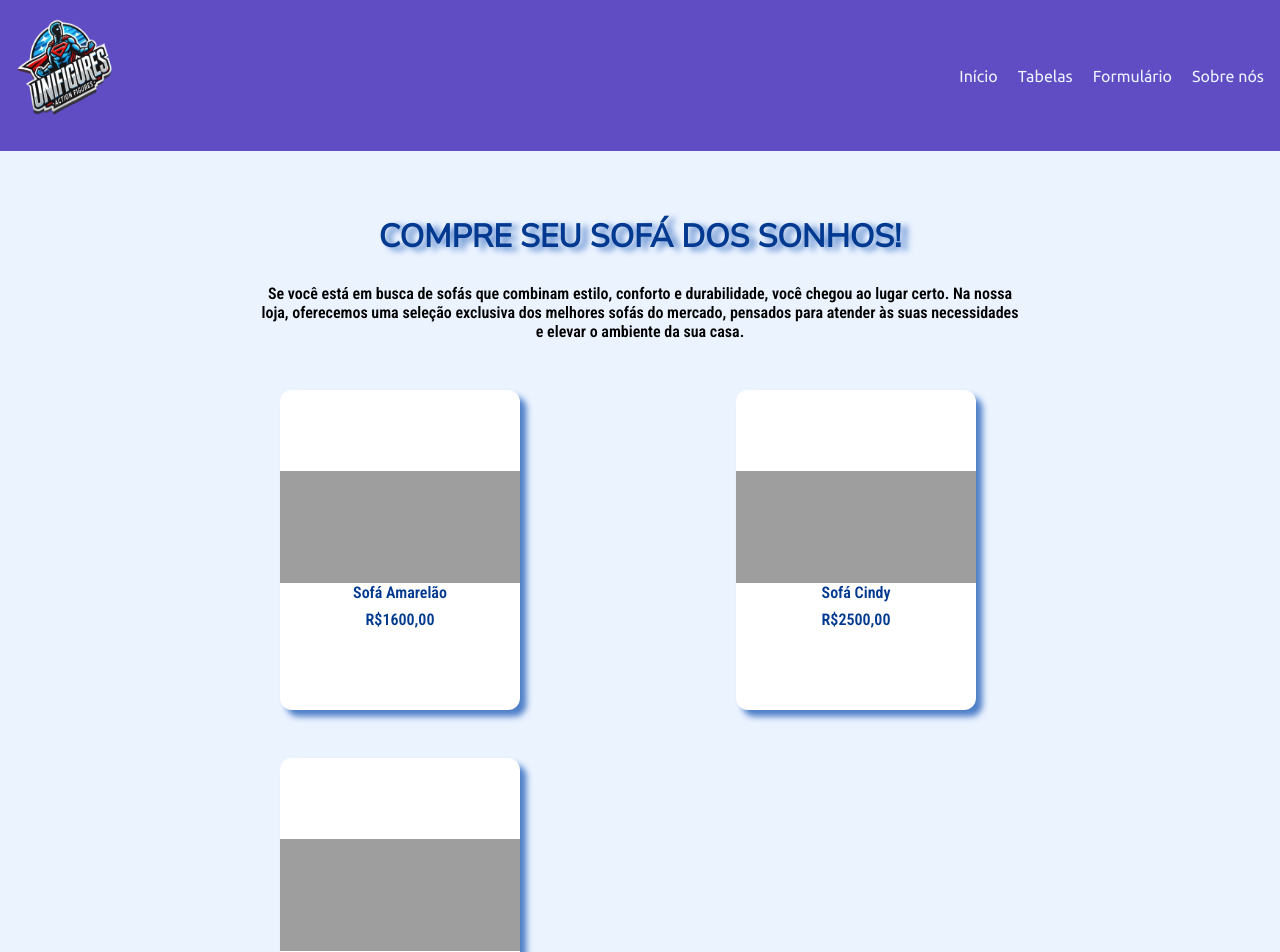
Repository: rafaelhaltarribaFacul/projeto-site
Page: home.html
The author's editor kept a copy of each file at every save. The page is drawn from the files as they stood at one save, then again after the next save.
The browser window is 1280 px wide. The pictures show the part of the page from y = 0 to 952 px (the page is 1819 px tall).
Pictures or frames that could not be fetched are drawn as grey boxes. A picture or video elsewhere on the page could not be fetched, so the positions and the page height are approximate. Some web fonts or font styles are not loaded; a fallback is used.

Above is the page before, as saved 2024-09-19 20:17:52.

After the next save:
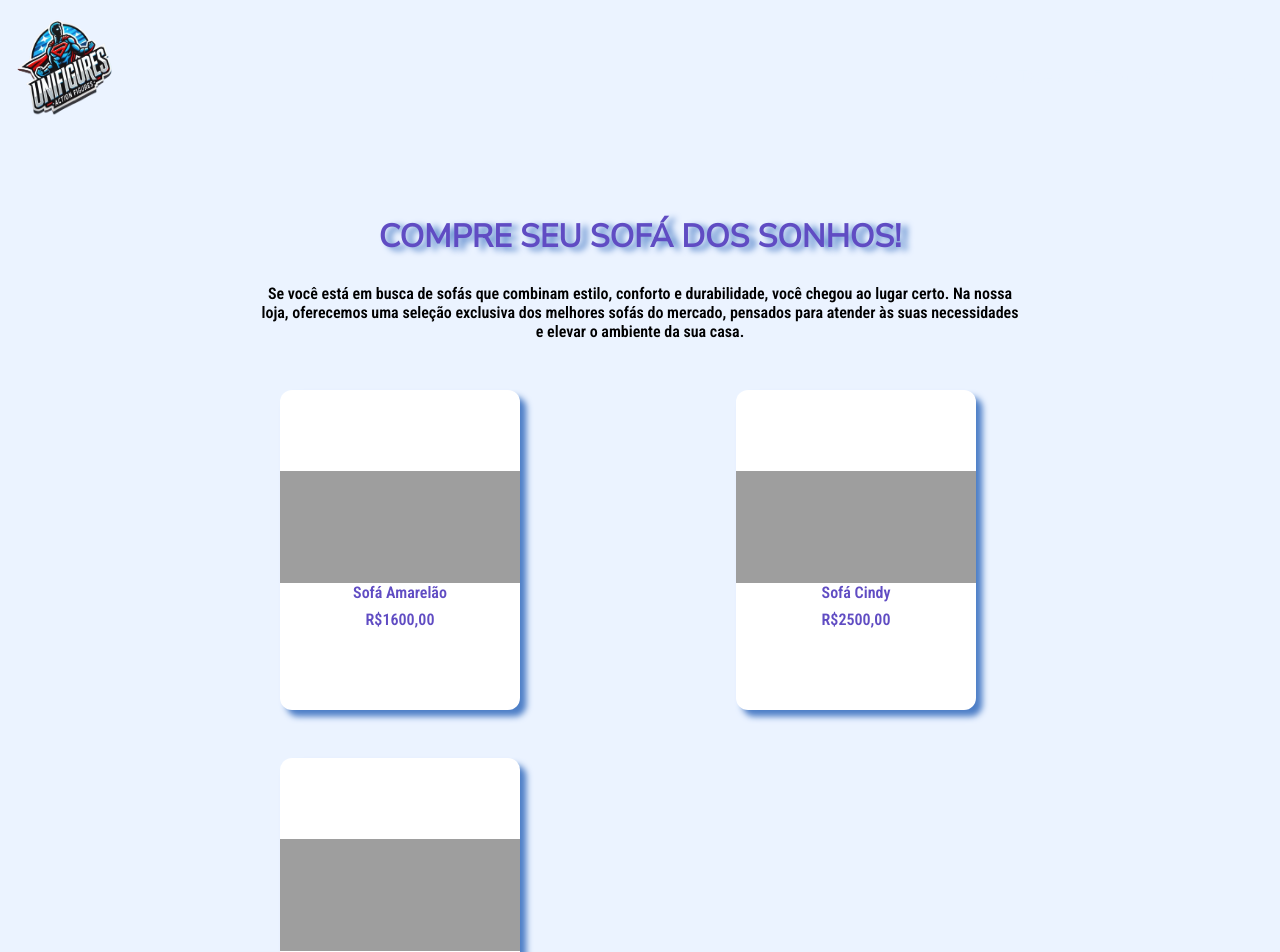
Saved 5 min 27 s later.
--- a/css/home.css
+++ b/css/home.css
@@ -4,12 +4,12 @@
 @import url("https://fonts.googleapis.com/css2?family=Nunito+Sans:opsz@6..12&family=Roboto+Condensed:wght@600&family=Ubuntu&display=swap");
 
 :root {
-    --cor-pricipal: #00398f;
+    --cor-pricipal: #604CC3;
     --cor-secundaria: #4d7ec7;
     --cor-terciaria: #99c2ff;
     --cor-quaternaria: #ebf3ff;
     --cor-quintenaria: #000001;
-    --cor-fundocabecalho: #604CC3;
+
 
     --fonte-logo: "New Amsterdam", sans-serif;
     --fonte-principal: "Nunito Sans", sans-serif;
@@ -53,6 +53,7 @@ body {
 .cabecalho__logo img {
     height: 100px;
     width: 100px;
+
 }
 
 .cabecalho__menu {
